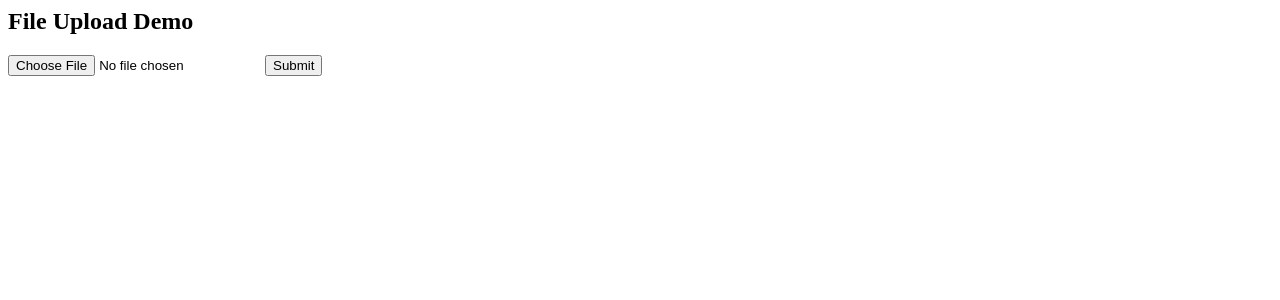
Repository: rakeshgowdan/Servlets-Jsp
Page: http://localhost/FileUploadDemo/
The author's editor kept a copy of each file at every save. The page is drawn from the files as they stood at one save, then again after the next save.
The browser window is 1280 px wide. The pictures show the whole page.
The page is served by Tomcat 9.

Above is the page before, as saved 2019-02-04 07:28:55.

After the next save:
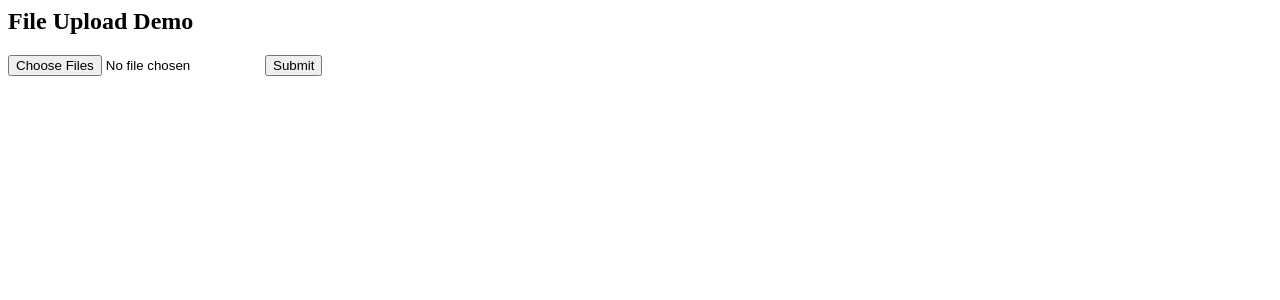
Saved 3 h 33 min later.
--- a/FileUploadDemo/src/main/webapp/index.jsp
+++ b/FileUploadDemo/src/main/webapp/index.jsp
@@ -4,7 +4,7 @@
 
 <form action="upload" method="post">
 
-  <input type="file" name="file">
+  <input type="file" name="file" multiple/>
   <input type="submit">
 
 
